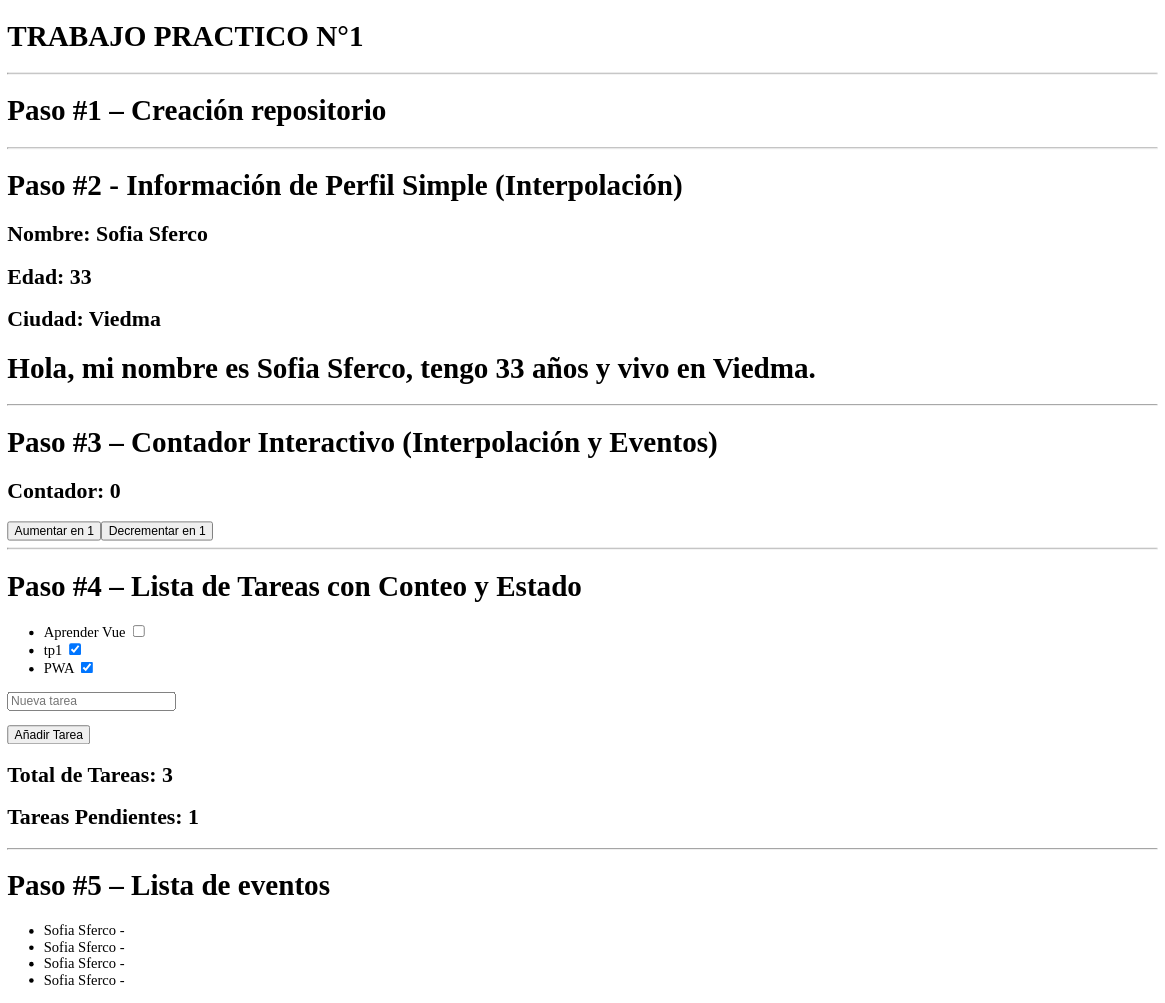
Repository: SofiaSferco/PWA-2026
Page: practico01/index.html
The author's editor kept a copy of each file at every save. The page is drawn from the files as they stood at one save, then again after a run of saves.
The browser window is 1280 px wide. The pictures show the whole page, at 91% of full size.

Above is the page before, as saved 2026-09-10 03:16:37.

### practico01/index.html
<!DOCTYPE html>
<html lang="en">
<head>
    <meta charset="UTF-8">
    <title>Practico 01</title>
    <script src="https://cdn.jsdelivr.net/npm/vue/dist/vue.js"></script>
</head>

<body>
    <div id="app">
        <p>
            <h1>TRABAJO PRACTICO N°1</h1>
        </p>
        <hr>
        <h1>Paso #1 – Creación repositorio</h1>
        <hr>
        <h1>Paso #2 - Información de Perfil Simple (Interpolación)</h1>
        <h2>Nombre: {{nombre}}</h2>
        <h2>Edad: {{edad}}</h2>
        <h2>Ciudad: {{ciudad}}</h2>
        <h1>Hola, mi nombre es {{nombre}}, tengo {{edad}} años y vivo en {{ciudad}}.</h1>
        <hr>
        <h1>Paso #3 – Contador Interactivo (Interpolación y Eventos)</h1>
        <h2>Contador: {{contador}}</h2>
        <button @click="aumentar">Aumentar en 1</button><button v-on:click="decrementar">Decrementar en 1</button>
        <hr>
        <h1>Paso #4 – Lista de Tareas con Conteo y Estado</h1>
        <ul>
            <li v-for="tarea in tareas" :key="tarea.id">
                {{tarea.texto}} <input type="checkbox" v-model="tarea.completada">
            </li>
        </ul>
        <p>
            <input type="text" v-model="nuevaTarea" placeholder="Nueva tarea">
        </p>
        <button @click="agregarTarea">Añadir Tarea</button>
        <h2>Total de Tareas: {{totalTareas}}</h2>
        <h2>Tareas Pendientes: {{tareasPendientes.length}}</h2>
        <hr>
        <h1>Paso #5 – Lista de eventos</h1>
        <ul>
            <li v-for="evento in listaeventos" :key="evento.id">
                {{evento.nombre}} -
            </li>
        </ul>

    </div>
    <script>
       var app= new Vue({
           el: '#app',
           data: {
               nombre: 'Sofia Sferco',
               edad: 33,
               ciudad: 'Viedma',
               contador: 0,
               nuevaTarea: '',
               tareas: [
                {
                id:1,
                texto: 'Aprender Vue',
                completada: false,
               },
                {
                id:2,
                texto: 'tp1',
                completada: true,
               },
               {
                id:3,
                texto: 'PWA',
                completada: true,
               },
            ],
            listaeventos: [],
           },
            methods: {
               aumentar: function() {
                    this.contador++;
               },
               decrementar: function() {
                    this.contador--;
               },
               agregarTarea: function () {
                this.tareas.push({
                    id:this.tareas.length + 1,
                    texto: this.nuevaTarea,
                    completada:false,
                    }
                )
                this.nuevaTarea = '';
                },
                agregarEvento: function (){
                    this.listaeventos.push({
                        id: this.listaeventos.length + 1,
                        nombre: this.nombre,
                        timestamp: Date.now(),
                    })
                }

           },
           computed: {
            tareasPendientes: function() {
                        return this.tareas.filter(function(tarea){
                            return tarea.completada==false
                        }
                    )
                    },
            totalTareas: function() {
                    return this.tareas.length;
                    },

            },
            created: function () {
                this.agregarEvento('beforeCreate');
                this.agregarEvento('created');
            },
            beforeMount: function () {
                this.agregarEvento('beforeMount');
            },
            mounted: function() {
                this.agregarEvento('mounted');
            },
            beforeUpdate: function() {
                console.log('beforeUpdate', Date.now());
            },
            updated: function() {
                console.log('updated', Date.now());
            },
            beforeDestroy: function () {
                this.agregarEvento('beforeDestroy');
            },
            destroyed: function () {
                console.log('destroyed', Date.now());
            },

        }
       )
    </script>
</body>
</html>

After the next 2 saves:
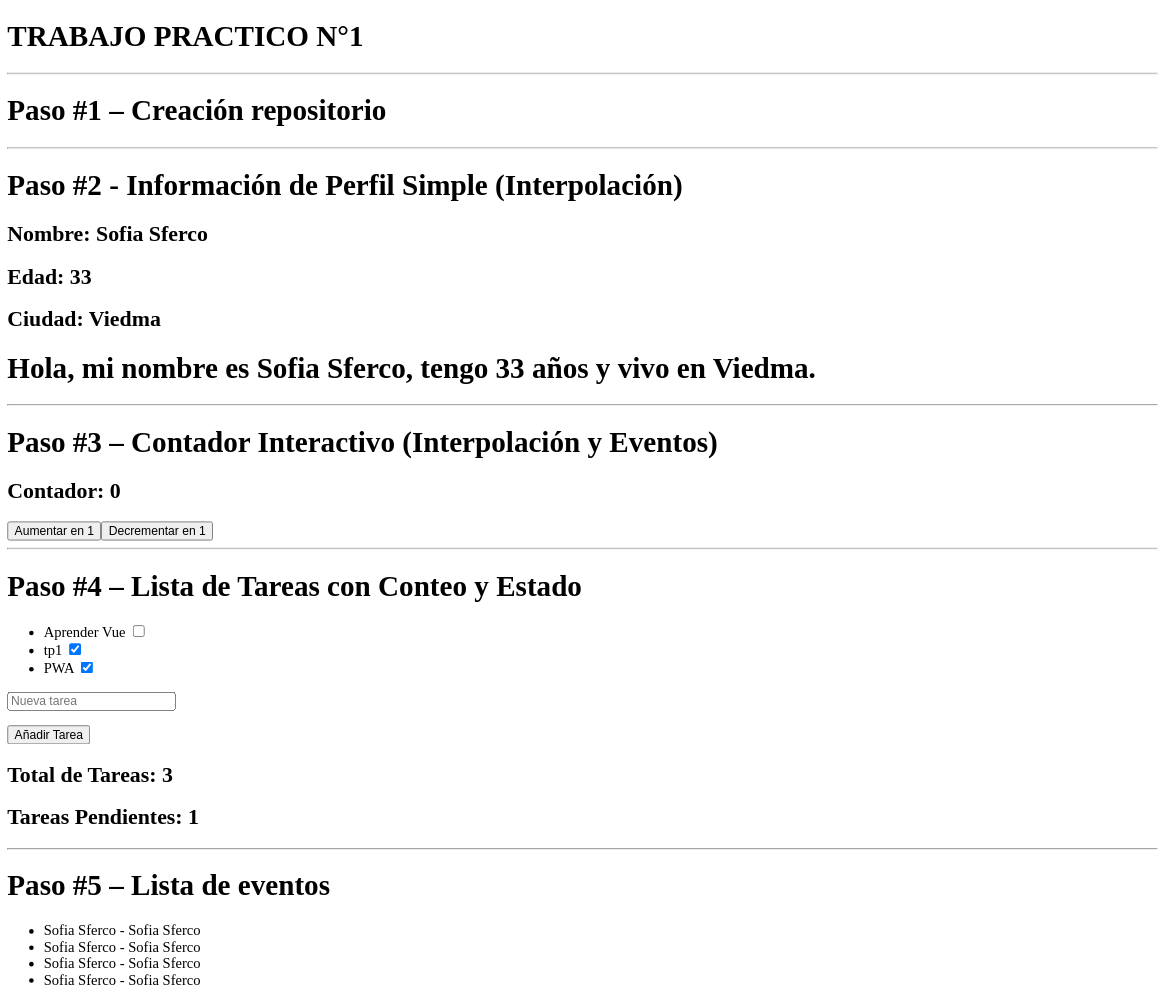
The 2 saves are shown as one change because they came seconds apart.
The last was saved 9 s later.
--- a/practico01/index.html
+++ b/practico01/index.html
@@ -40,7 +40,7 @@
         <h1>Paso #5 – Lista de eventos</h1>
         <ul>
             <li v-for="evento in listaeventos" :key="evento.id">
-                {{evento.nombre}} -
+                {{evento.nombre}} - {{evento.nombre}}
             </li>
         </ul>
 
